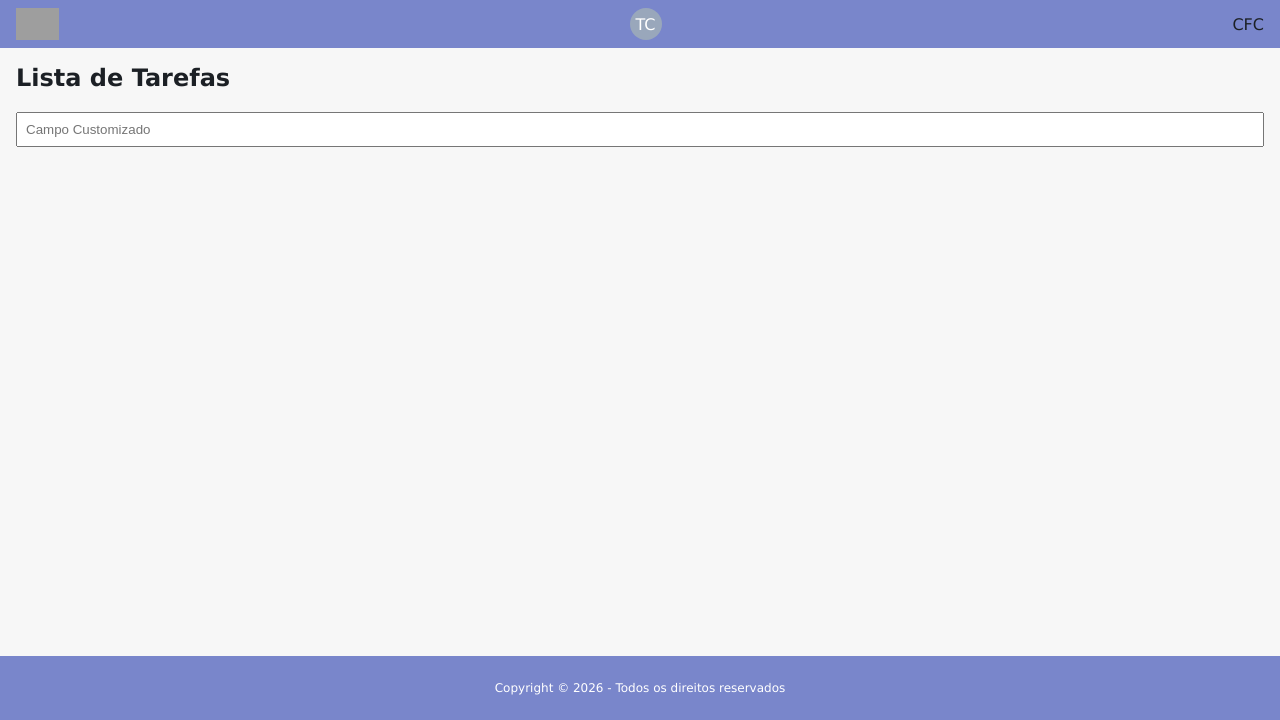
Repository: cristianfabiano/aulas-aplicativo-pwa
Page: /lista-tarefas
An editor plug-in stored every save of this project. The page is shown before and after a run of saves, followed by the edit.
The browser window is 1280 px wide. The pictures show the whole page.
Pictures or frames that could not be fetched are drawn as grey boxes. The project was rebuilt for these pictures with package versions that can differ from the ones it lists, and the page was loaded fresh each time. Also part of the build but not shown: vite.config.js, src/componentes/BotaoCustomizado/BotaoCustomizado.css, src/componentes/BotaoCustomizado/BotaoCustomizado.jsx, src/paginas/PaginaInicial/PaginaInicial.jsx, src/paginas/ListaProdutos/ListaProdutos.css, src/paginas/ListaProdutos/ItemProduto.css, src/paginas/ListaProdutos/ItemProduto.jsx, src/paginas/ListaProdutos/ListaProduto.jsx.

Above is the page before, as saved 2026-03-25 19:49:11.

After the next 4 saves:
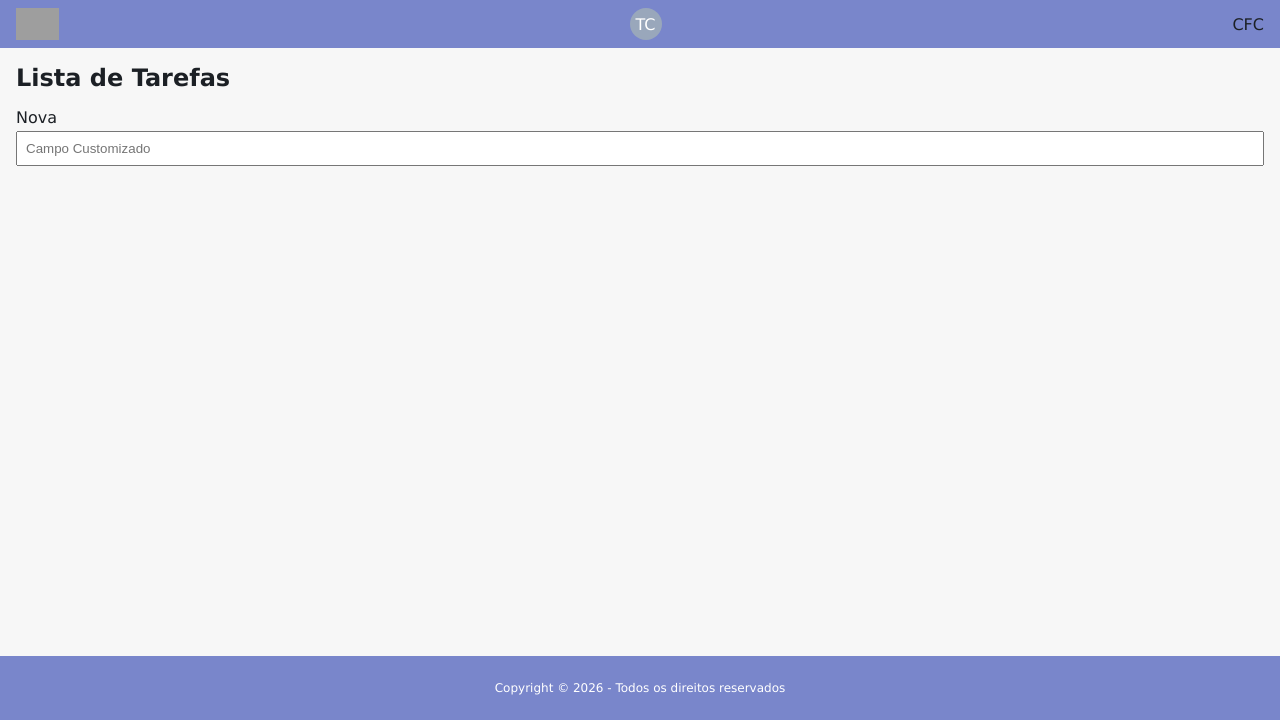
The 4 saves are shown as one change because 1 did not build or start and some came seconds apart.
The last was saved 13 s later.
--- a/src/paginas/ListaTarefas/ListaTarefa.jsx
+++ b/src/paginas/ListaTarefas/ListaTarefa.jsx
@@ -10,7 +10,7 @@ function ListaTarefas() {
             <h2>Lista de Tarefas</h2>
 
             <CampoCustomizado
-
+            label="Nova"
                 type="text"
                 placeholder="Nova Tarefa"
                 value={novaTarefa}
